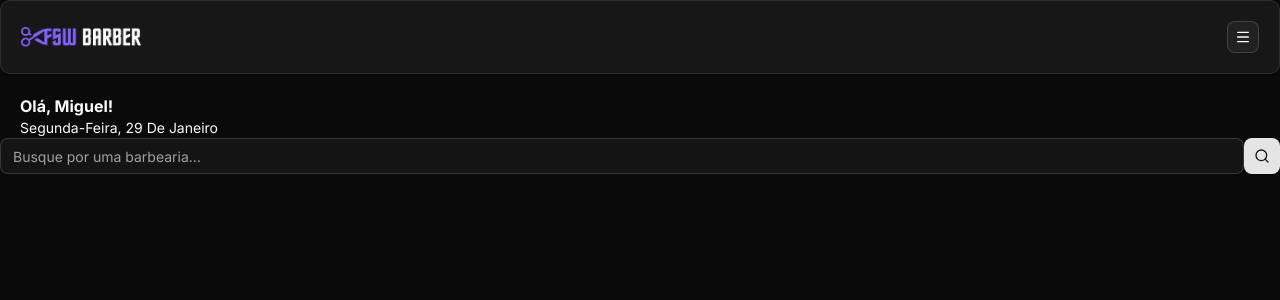
Repository: PaulinhoMachadooo/Barber
Page: /
These files come from the project's save history. The page is drawn as it stood at one moment and after the next save; the edit follows.
The browser window is 1280 px wide. The pictures show the whole page.
The project was rebuilt for these pictures with package versions that can differ from the ones it lists, and the page was loaded fresh each time. The framework's server and built-in components were replaced by stand-ins that run in the browser. Also part of the build but not shown: next.config.ts.

Above is the page before, as saved 2025-04-08 21:29:12.

### app/layout.tsx
import type { Metadata } from "next";
import { Inter } from "next/font/google";
import "./globals.css";


const inter = Inter({ subsets: ["latin"] });

export const metadata: Metadata = {
  title: "Create Next App",
  description: "Generated by create next app",
};

export default function RootLayout({
  children,
}: Readonly<{
  children: React.ReactNode;
}>) {
  return (
    <html lang="en">
      <body className={`${inter.className} dark`}>
        {children}

      </body>
    </html>
  );
}

### app/(home)/page.tsx
// eslint-disable-next-line @typescript-eslint/no-unused-vars
import Image from "next/image";
import Header from "../_components/header";
import { format } from "date-fns";
import { ptBR } from "date-fns/locale";
import Search from "./_components/search";


export default function Home() {
  return (
    <div>
      <Header />

        <div className="px-5 pt-5">
          <h2 className="tex-xl font-bold">Olá, Miguel!</h2>
          <p className="capitalize text-sm">
            {format(new Date(), "EEEE',' dd 'de' MMMM", {
                locale: ptBR,
            })}
          </p>
        </div>

        <Search />
    </div>
  );
}

### app/_components/header.tsx
import Image from "next/image";
import { Card, CardContent } from "./ui/card"
import { Button } from "@/app/_components/ui/button";
import { MenuIcon } from "lucide-react";

const Header = () => {
    return (
        <Card>
            <CardContent className="p-5 justify-between items-center flex flex-row" >
                 <Image src="/logo.png" alt="FSW Barber" height={18} width={120} />
                 <Button variant="outline" size="icon" className="h-8 w-8">
                    <MenuIcon size={16} />
                 </Button>
            </CardContent>
        </Card>
     );
}

export default Header;

### app/(home)/_components/search.tsx
"use client";

import { Button } from "@/app/_components/ui/button";
import { Input } from "@/app/_components/ui/input";
import { SearchIcon } from "lucide-react";

const Search = () => {
    return (
        <div className="flex items-center">
           <Input placeholder="Busque por uma barbearia..."/>
           <Button variant="default" size="icon">
                <SearchIcon size={18} />
           </Button>
        </div>
     );
};

export default Search;

### app/_components/ui/card.tsx
import * as React from "react"

import { cn } from "@/app/_lib/utils"

const Card = React.forwardRef<
  HTMLDivElement,
  React.HTMLAttributes<HTMLDivElement>
>(({ className, ...props }, ref) => (
  <div
    ref={ref}
    className={cn(
      "rounded-lg border bg-card text-card-foreground shadow-sm",
      className
    )}
    {...props}
  />
))
Card.displayName = "Card"

const CardHeader = React.forwardRef<
  HTMLDivElement,
  React.HTMLAttributes<HTMLDivElement>
>(({ className, ...props }, ref) => (
  <div
    ref={ref}
    className={cn("flex flex-col space-y-1.5 p-6", className)}
    {...props}
  />
))
CardHeader.displayName = "CardHeader"

const CardTitle = React.forwardRef<
  HTMLParagraphElement,
  React.HTMLAttributes<HTMLHeadingElement>
>(({ className, ...props }, ref) => (
  <h3
    ref={ref}
    className={cn(
      "text-2xl font-semibold leading-none tracking-tight",
      className
    )}
    {...props}
  />
))
CardTitle.displayName = "CardTitle"

const CardDescription = React.forwardRef<
  HTMLParagraphElement,
  React.HTMLAttributes<HTMLParagraphElement>
>(({ className, ...props }, ref) => (
  <p
    ref={ref}
    className={cn("text-sm text-muted-foreground", className)}
    {...props}
  />
))
CardDescription.displayName = "CardDescription"

const CardContent = React.forwardRef<
  HTMLDivElement,
  React.HTMLAttributes<HTMLDivElement>
>(({ className, ...props }, ref) => (
  <div ref={ref} className={cn("p-6 pt-0", className)} {...props} />
))
CardContent.displayName = "CardContent"

const CardFooter = React.forwardRef<
  HTMLDivElement,
  React.HTMLAttributes<HTMLDivElement>
>(({ className, ...props }, ref) => (
  <div
    ref={ref}
    className={cn("flex items-center p-6 pt-0", className)}
    {...props}
  />
))
CardFooter.displayName = "CardFooter"

export { Card, CardHeader, CardFooter, CardTitle, CardDescription, CardContent }

### app/_components/ui/button.tsx
import * as React from "react"
import { Slot } from "@radix-ui/react-slot"
import { cva, type VariantProps } from "class-variance-authority"

import { cn } from "@/app/_lib/utils"

const buttonVariants = cva(
  "inline-flex items-center justify-center gap-2 whitespace-nowrap rounded-md text-sm font-medium transition-all disabled:pointer-events-none disabled:opacity-50 [&_svg]:pointer-events-none [&_svg:not([class*='size-'])]:size-4 shrink-0 [&_svg]:shrink-0 outline-none focus-visible:border-ring focus-visible:ring-ring/50 focus-visible:ring-[3px] aria-invalid:ring-destructive/20 dark:aria-invalid:ring-destructive/40 aria-invalid:border-destructive",
  {
    variants: {
      variant: {
        default:
          "bg-primary text-primary-foreground shadow-xs hover:bg-primary/90",
        destructive:
          "bg-destructive text-white shadow-xs hover:bg-destructive/90 focus-visible:ring-destructive/20 dark:focus-visible:ring-destructive/40 dark:bg-destructive/60",
        outline:
          "border bg-background shadow-xs hover:bg-accent hover:text-accent-foreground dark:bg-input/30 dark:border-input dark:hover:bg-input/50",
        secondary:
          "bg-secondary text-secondary-foreground shadow-xs hover:bg-secondary/80",
        ghost:
          "hover:bg-accent hover:text-accent-foreground dark:hover:bg-accent/50",
        link: "text-primary underline-offset-4 hover:underline",
      },
      size: {
        default: "h-9 px-4 py-2 has-[>svg]:px-3",
        sm: "h-8 rounded-md gap-1.5 px-3 has-[>svg]:px-2.5",
        lg: "h-10 rounded-md px-6 has-[>svg]:px-4",
        icon: "size-9",
      },
    },
    defaultVariants: {
      variant: "default",
      size: "default",
    },
  }
)

function Button({
  className,
  variant,
  size,
  asChild = false,
  ...props
}: React.ComponentProps<"button"> &
  VariantProps<typeof buttonVariants> & {
    asChild?: boolean
  }) {
  const Comp = asChild ? Slot : "button"

  return (
    <Comp
      data-slot="button"
      className={cn(buttonVariants({ variant, size, className }))}
      {...props}
    />
  )
}

export { Button, buttonVariants }

### app/_components/ui/input.tsx
import * as React from "react"

import { cn } from "@/app/_lib/utils"

function Input({ className, type, ...props }: React.ComponentProps<"input">) {
  return (
    <input
      type={type}
      data-slot="input"
      className={cn(
        "file:text-foreground placeholder:text-muted-foreground selection:bg-primary selection:text-primary-foreground dark:bg-input/30 border-input flex h-9 w-full min-w-0 rounded-md border bg-transparent px-3 py-1 text-base shadow-xs transition-[color,box-shadow] outline-none file:inline-flex file:h-7 file:border-0 file:bg-transparent file:text-sm file:font-medium disabled:pointer-events-none disabled:cursor-not-allowed disabled:opacity-50 md:text-sm",
        "focus-visible:border-ring focus-visible:ring-ring/50 focus-visible:ring-[3px]",
        "aria-invalid:ring-destructive/20 dark:aria-invalid:ring-destructive/40 aria-invalid:border-destructive",
        className
      )}
      {...props}
    />
  )
}

export { Input }

Loaded but not shown: app/globals.css (common file); app/_lib/utils.ts (common file)

After the next save:
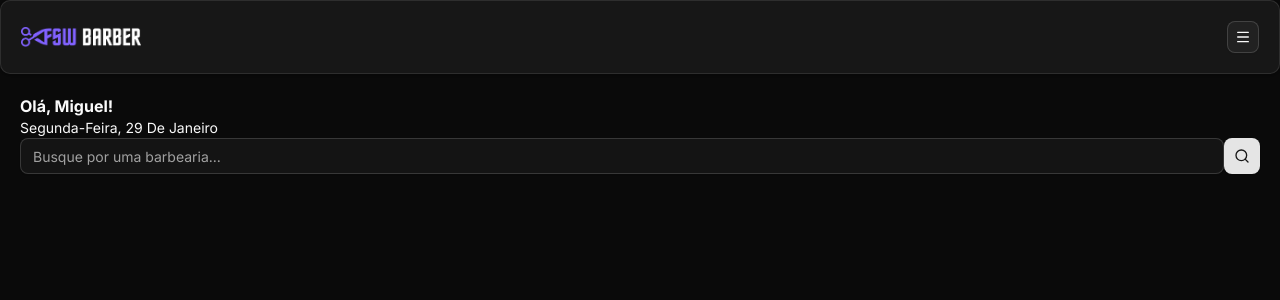
Saved 2 min 2 s later.
--- a/app/(home)/page.tsx
+++ b/app/(home)/page.tsx
@@ -20,7 +20,9 @@ export default function Home() {
           </p>
         </div>
 
-        <Search />
+        <div className="px-5">
+          <Search />
+        </div>
     </div>
   );
 }
